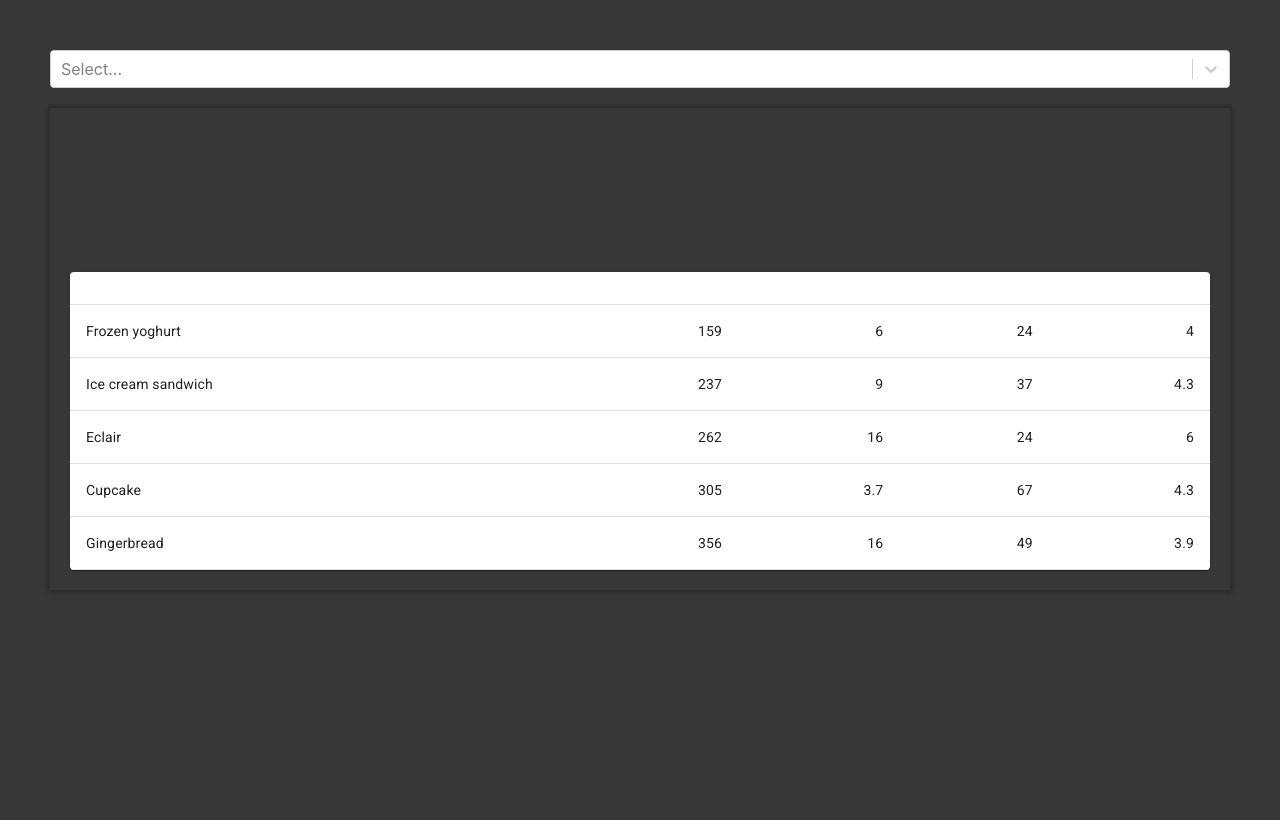
Repository: JorSargsyan/FootballApp
Page: /
An editor plug-in stored every save of this project. The page is shown before and after the next save, followed by the edit.
The browser window is 1280 px wide. The pictures show the whole page.
The page's requests for data from a server got no answer. The project was rebuilt for these pictures with package versions that can differ from the ones it lists, and the page was loaded fresh each time. No one was signed in, and anything a server would have sent is missing.

Above is the page before, as saved 2019-07-13 16:42:54.

After the next save:
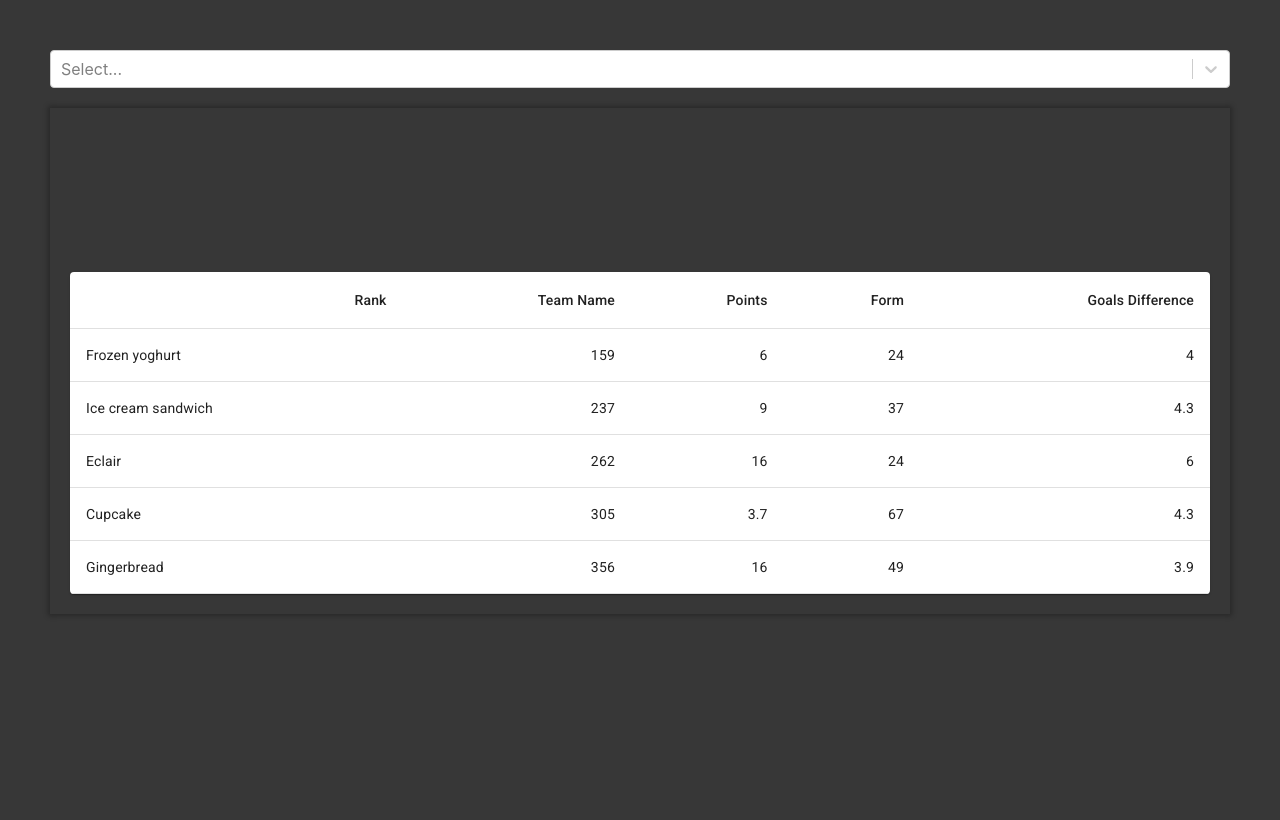
Saved 4 s later.
--- a/src/components/common/Table.js
+++ b/src/components/common/Table.js
@@ -45,7 +45,7 @@ export default function SimpleTable({data,header}) {
             <TableCell align="right">Protein&nbsp;(g)</TableCell> */}
             {
                 header.map((x,i)=>{
-                    return <TableCell key={i} align="right">{x.rank}</TableCell>
+                    return <TableCell key={i} align="right">{x.name}</TableCell>
                 })
             }
           </TableRow>
